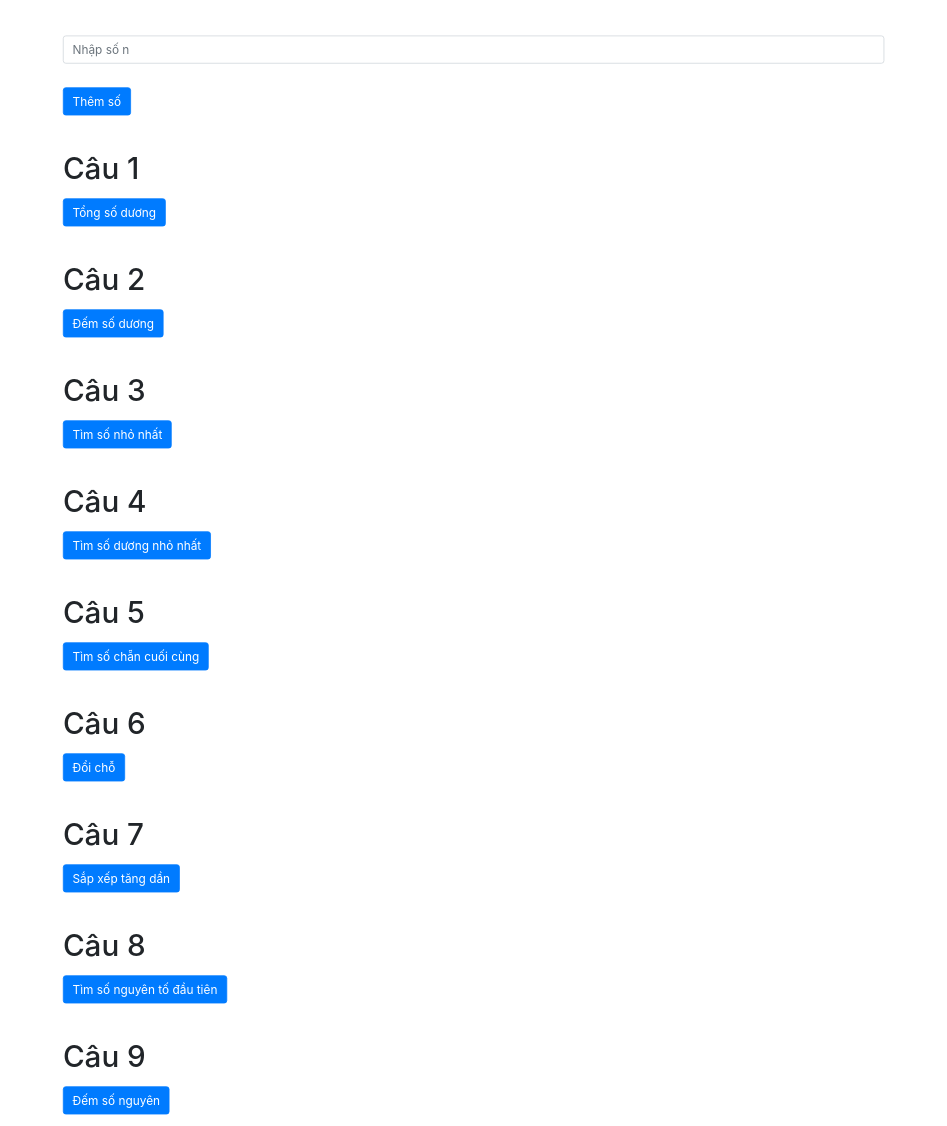
Repository: thanhfrankie/BC10-LeMinhThanh-Js-b7-8
Page: index.html
The author's editor kept a copy of each file at every save. The page is drawn from the files as they stood at one save, then again after the next save.
The browser window is 1280 px wide. The pictures show the whole page, at 74% of full size.

Above is the page before, as saved 2023-12-27 23:35:20.

### index.html
<!doctype html>
<html lang="en">
  <head>
    <title>Title</title>
    <!-- Required meta tags -->
    <meta charset="utf-8">
    <meta name="viewport" content="width=device-width, initial-scale=1, shrink-to-fit=no">

    <!-- Bootstrap CSS -->
    <link rel="stylesheet" href="https://cdn.jsdelivr.net/npm/bootstrap@4.6.2/dist/css/bootstrap.min.css" integrity="sha384-xOolHFLEh07PJGoPkLv1IbcEPTNtaed2xpHsD9ESMhqIYd0nLMwNLD69Npy4HI+N" crossorigin="anonymous">

  </head>
  <body>
    <div class="container mt-4">
        <div class="form-group">
            <label for="nhap-so-n"></label>
            <input
              type="number"
              class="form-control"
              name=""
              id="nhap-so-n"
              aria-describedby="helpId"
              placeholder="Nhập số n"
              required
            />
          </div>
        <button
        type="button"
        onclick="themSo()"
        class="btn btn-primary mt-3"
        id="ket-qua-tuyen-sinh"
      >
        Thêm số
      </button>
      <!-- Câu 1 -->
      <h1 class="mt-5">Câu 1</h1>
        <p class="mt-3">
            <button class="btn btn-primary" type="button" data-toggle="collapse" data-target="#cau1" aria-expanded="false"
                    aria-controls="contentId">
                Tổng số dương
            </button>
          </p>
          <div class="collapse" id="cau1">

            <div class="btn btn-danger" onclick="tinhTong()">Tính tổng</div>
            <h2 id="tong-so-duong"></h2>
          </div>
          <!-- Câu 2 -->
          <h1 class="mt-5">Câu 2</h1>
          <p class="mt-3">
              <button class="btn btn-primary" type="button" data-toggle="collapse" data-target="#cau2" aria-expanded="false"
                      aria-controls="contentId">
                  Đếm số dương
              </button>
            </p>
            <div class="collapse" id="cau2">

              <div class="btn btn-danger" onclick="demSoDuong()">Đếm số</div>
              <h2 id="dem-so-duong"></h2>
            </div>
        <!-- Câu 3 -->
        <h1 class="mt-5">Câu 3</h1>
        <p class="mt-3">
            <button class="btn btn-primary" type="button" data-toggle="collapse" data-target="#cau3" aria-expanded="false"
                    aria-controls="contentId">
                Tìm số nhỏ nhất
            </button>
          </p>
          <div class="collapse" id="cau3">

            <div class="btn btn-danger" onclick="soNhoNhat()">Tìm số nhỏ nhất</div>
            <h2 id="so-nho-nhat"></h2>
          </div>
          <!-- Câu 4 -->
          <h1 class="mt-5">Câu 4</h1>
        <p class="mt-3">
            <button class="btn btn-primary" type="button" data-toggle="collapse" data-target="#cau4" aria-expanded="false"
                    aria-controls="contentId">
                Tìm số dương nhỏ nhất
            </button>
          </p>
          <div class="collapse" id="cau4">

            <div class="btn btn-danger" onclick="soDuongNhoNhat()">Tìm số dương nhỏ nhất</div>
            <h2 id="so-duong-nho-nhat"></h2>
          </div>
             <!-- Câu 5 -->
             <h1 class="mt-5">Câu 5</h1>
             <p class="mt-3">
                 <button class="btn btn-primary" type="button" data-toggle="collapse" data-target="#cau5" aria-expanded="false"
                         aria-controls="contentId">
                         Tìm số chẵn cuối cùng
                 </button>
               </p>
               <div class="collapse" id="cau5">

                 <div class="btn btn-danger" onclick="soChanCuoiCung()">Tìm số chẵn cuối cùng</div>
                 <h2 id="so-chan-cuoi-cung"></h2>
               </div>
             <!-- Câu 6 -->
             <h1 class="mt-5">Câu 6</h1>
             <p class="mt-3">
                 <button class="btn btn-primary" type="button" data-toggle="collapse" data-target="#cau6" aria-expanded="false"
                         aria-controls="contentId">
                         Đổi chỗ
                 </button>
               </p>
               <div class="collapse" id="cau6">
                <div class="form-group">
                    <label for="so-vi-tri-1"></label>
                    <input
                      type="number"
                      class="form-control"
                      name=""
                      id="so-vi-tri-1"
                      aria-describedby="helpId"
                      placeholder="Nhập số vị trí 1"
                      required
                    />
                    <label for="so-vi-tri-2"></label>
                    <input
                      type="number"
                      class="form-control"
                      name=""
                      id="so-vi-tri-2"
                      aria-describedby="helpId"
                      placeholder="Nhập số vị trí 2"
                      required
                    />
                  </div>
                 <div class="btn btn-danger" onclick="doiCho()">Đổi chỗ</div>
                 <h2 id="ket-qua-doi-cho"></h2>
               </div>


      <!-- Câu 7 -->
      <h1 class="mt-5">Câu 7</h1>
      <p class="mt-3">
          <button class="btn btn-primary" type="button" data-toggle="collapse" data-target="#cau7" aria-expanded="false"
                  aria-controls="contentId">
                  Sắp xếp tăng dần
                </button>
                </p>
        <div class="collapse" id="cau7">

          <div class="btn btn-danger" onclick="sapXepTangDan()"> Sắp xếp</div>
          <h2 id="sap-xep-tang-dan"></h2>
        </div>


      <!-- Câu 8 -->
      <h1 class="mt-5">Câu 8</h1>
      <p class="mt-3">
          <button class="btn btn-primary" type="button" data-toggle="collapse" data-target="#cau8" aria-expanded="false"
                  aria-controls="contentId">
                  Tìm số nguyên tố đầu tiên
                </button>
                </p>
        <div class="collapse" id="cau8">

          <div class="btn btn-danger" onclick="soNguyenToDauTien()"> Tìm số nguyên tố đầu tiên</div>
          <h2 id="so-nguyen-to-dau-tien"></h2>
        </div>
  <!-- Câu 9 -->
  <h1 class="mt-5">Câu 9</h1>
  <p class="mt-3">
      <button class="btn btn-primary" type="button" data-toggle="collapse" data-target="#cau9" aria-expanded="false"
              aria-controls="contentId">
              Đếm số nguyên
            </button>
            </p>
    <div class="collapse" id="cau9">

      <div class="btn btn-danger" onclick="demSoNguyen()"> Đếm số</div>
      <h2 id="so-nguyen"></h2>
    </div>






     </div>





    <!-- Optional JavaScript -->
    <!-- jQuery first, then Popper.js, then Bootstrap JS -->
    <script src="https://cdn.jsdelivr.net/npm/jquery@3.5.1/dist/jquery.slim.min.js" integrity="sha384-DfXdz2htPH0lsSSs5nCTpuj/zy4C+OGpamoFVy38MVBnE+IbbVYUew+OrCXaRkfj" crossorigin="anonymous"></script>
    <script src="https://cdn.jsdelivr.net/npm/popper.js@1.16.1/dist/umd/popper.min.js" integrity="sha384-9/reFTGAW83EW2RDu2S0VKaIzap3H66lZH81PoYlFhbGU+6BZp6G7niu735Sk7lN" crossorigin="anonymous"></script>
    <script src="https://cdn.jsdelivr.net/npm/bootstrap@4.6.2/dist/js/bootstrap.min.js" integrity="sha384-+sLIOodYLS7CIrQpBjl+C7nPvqq+FbNUBDunl/OZv93DB7Ln/533i8e/mZXLi/P+" crossorigin="anonymous"></script>

    <script src="./index.js"></script>
  </body>
</html>

### index.js
var daySo = [];
function clearInput() {
  document.getElementById("nhap-so-n").value = "";
}
function themSo() {
  var soThemVao = document.getElementById("nhap-so-n").value * 1;
  daySo.push(soThemVao);
  console.log("🥶 - daySo:", daySo);
  clearInput();
}

// câu 1: Tổng số dương
function tinhTong() {
  var tongCacSoDuong = 0;
  for (var i = 0; i < daySo.length; i++) {
    if (daySo[i] > 0) {
      tongCacSoDuong = tongCacSoDuong + daySo[i];
    }
  }
  var ketqua = document.getElementById("tong-so-duong");
  ketqua.innerHTML = `Tổng số dương: ${tongCacSoDuong}`;
}
// Câu 2: Đếm số dương trong mảng
function demSoDuong() {
  var soSoDuong = 0;
  for (var i = 0; i < daySo.length; i++) {
    if (daySo[i] > 0) {
      soSoDuong++;
    }
  }
  var ketqua = document.getElementById("dem-so-duong");
  ketqua.innerHTML = `Số dương: ${soSoDuong}`;
}
// Câu 3: Tìm số nhỏ nhất
function soNhoNhat() {
  var soNhoNhat = daySo[0];
  for (var i = 0; i < daySo.length; i++) {
    if (soNhoNhat > daySo[i]) {
      soNhoNhat = daySo[i];
    }
  }
  var ketqua = document.getElementById("so-nho-nhat");
  ketqua.innerHTML = `Số nhỏ nhất: ${soNhoNhat}`;
}
// Câu 4: Tìm số dương nhỏ nhất
function soDuongNhoNhat() {
  var daySoDuong = [];
  var soDuongNhoNhat = daySoDuong[0];

  for (var i = 0; i < daySo.length; i++) {
    if (daySo[i] > 0) {
      daySoDuong.push(daySo[i]);
    }
  }
  var soDuongNhoNhat = daySoDuong[0];
  for (var j = 0; j < daySoDuong.length; j++) {
    if (soDuongNhoNhat > daySoDuong[j]) {
      soDuongNhoNhat = daySoDuong[j];
    }
  }
  var ketqua = document.getElementById("so-duong-nho-nhat");

  if (daySoDuong !== null) {
    ketqua.innerHTML = `Không có số dương nào trong mảng`;
  } else {
    ketqua.innerHTML = `Số dương nhỏ nhất: ${soDuongNhoNhat}`;
  }
}
// Câu 5: Tìm số chẵn cuối cùng
function soChanCuoiCung() {
  var soChanCuoiCung = 0;
  for (var i = 0; i < daySo.length; i++) {
    if (daySo[i] % 2 == 0) {
      soChanCuoiCung = daySo[i];
    }
  }
  var ketqua = document.getElementById("so-chan-cuoi-cung");
  ketqua.innerHTML = `Tổng số dương: ${soChanCuoiCung}`;
}
// Câu 6: Đổi chỗ
function doiCho() {
  var viTriSo1 = document.getElementById("so-vi-tri-1").value * 1;
  var viTriSo2 = document.getElementById("so-vi-tri-2").value * 1;
  var bienTam = 0;
  bienTam = daySo[viTriSo2];
  daySo[viTriSo2] = daySo[viTriSo1];
  daySo[viTriSo1] = bienTam;

  var ketqua = document.getElementById("ket-qua-doi-cho");
  ketqua.innerHTML = `Mảng sau khi đổi: ${daySo}`;
}

// Câu 7: Sắp xếp tăng dần
function sapXepTangDan() {
  daySo.sort();

  var ketqua = document.getElementById("sap-xep-tang-dan");
  ketqua.innerHTML = `Mảng sau khi đổi: ${daySo}`;
}
// Câu 8: Tìm số nguyên tố đầu tiên
function laSoNguyenTo(num) {
  if (num <= 1) {
    return false;
  }

  // Lặp từ 2 đến căn bậc hai của num để kiểm tra số nguyên tố
  for (var i = 2; i <= Math.sqrt(num); i++) {
    if (num % i === 0) {
      return false; // Nếu chia hết cho i, không phải số nguyên tố
    }
  }

  return true; // Nếu không chia hết cho bất kỳ số nào, là số nguyên tố
}

function soNguyenToDauTien() {
    var soNguyenToDauTien =  null;
  var ketqua = document.getElementById("so-nguyen-to-dau-tien");

  for (var i = 0; i < daySo.length; i++) {
    if (laSoNguyenTo(daySo[i])) {
        soNguyenToDauTien =daySo[i] ;
      break;
      }
    }


    if(laSoNguyenTo(soNguyenToDauTien) !== null) {
        ketqua.innerHTML = `Số nguyên tố đầu tiên: ${soNguyenToDauTien}`;
    } else {

        ketqua.innerHTML = `Không có số nguyên tố nào`;
    }

}
// Câu 9: Đếm số nguyên
function demSoNguyen() {
    var mangSoNguyen = []
    for (var i = 0; i < daySo.length; i++) {
        if (Number.isInteger(daySo[i])) {
            mangSoNguyen.push(daySo[i])
        }
    }
    var ketqua = document.getElementById("so-nguyen");
    ketqua.innerHTML = `Số số nguyên: ${mangSoNguyen.length}`;
}
// Câu 10: So sánh số lượng sô âm và số dương

After the next save:
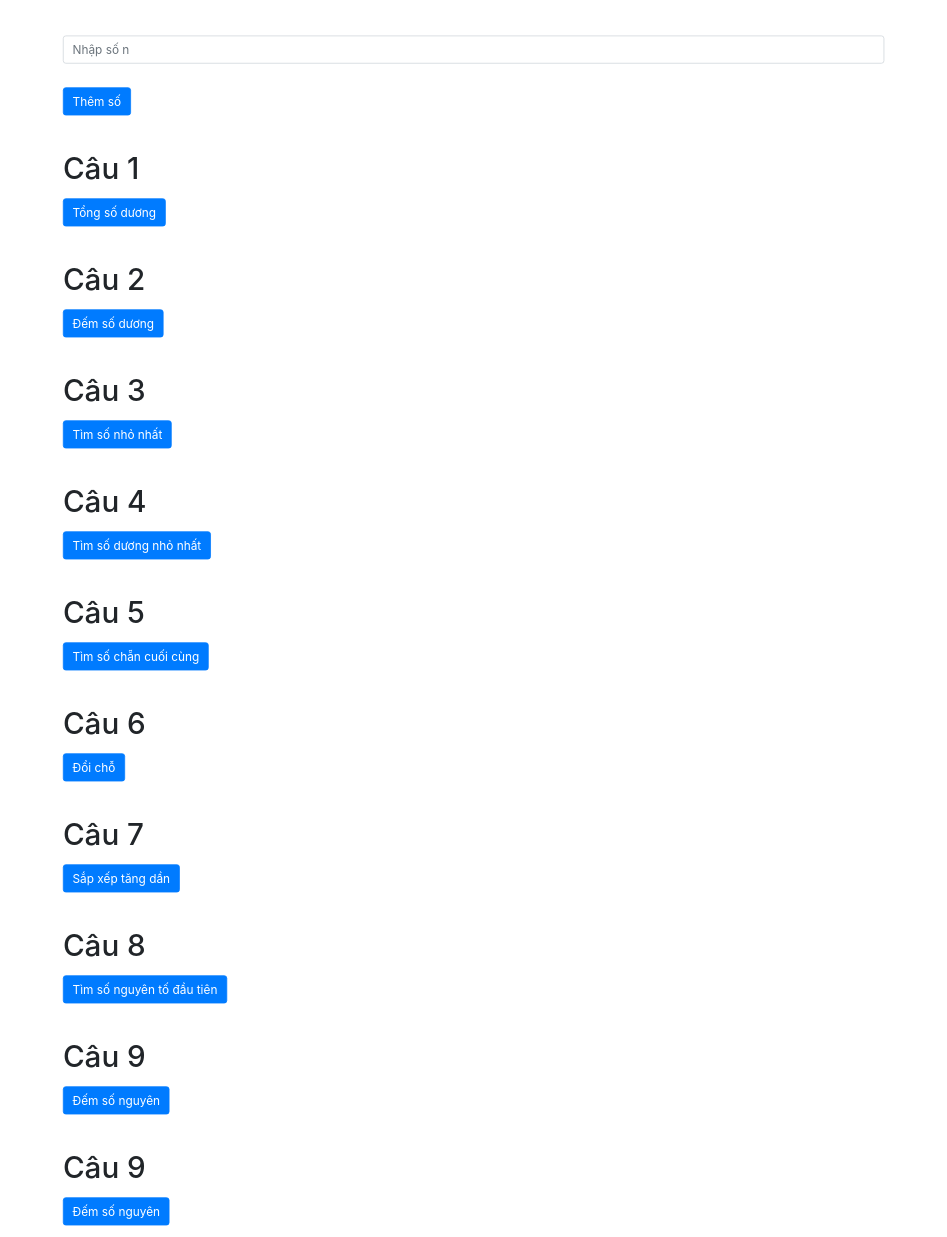
Saved 16 s later.
--- a/index.html
+++ b/index.html
@@ -174,6 +174,19 @@
       <div class="btn btn-danger" onclick="demSoNguyen()"> Đếm số</div>
       <h2 id="so-nguyen"></h2>
     </div>
+  <!-- Câu 9 -->
+  <h1 class="mt-5">Câu 9</h1>
+  <p class="mt-3">
+      <button class="btn btn-primary" type="button" data-toggle="collapse" data-target="#cau9" aria-expanded="false"
+              aria-controls="contentId">
+              Đếm số nguyên
+            </button>
+            </p>
+    <div class="collapse" id="cau9">
+
+      <div class="btn btn-danger" onclick="demSoNguyen()"> Đếm số</div>
+      <h2 id="so-nguyen"></h2>
+    </div>
 
 
 
